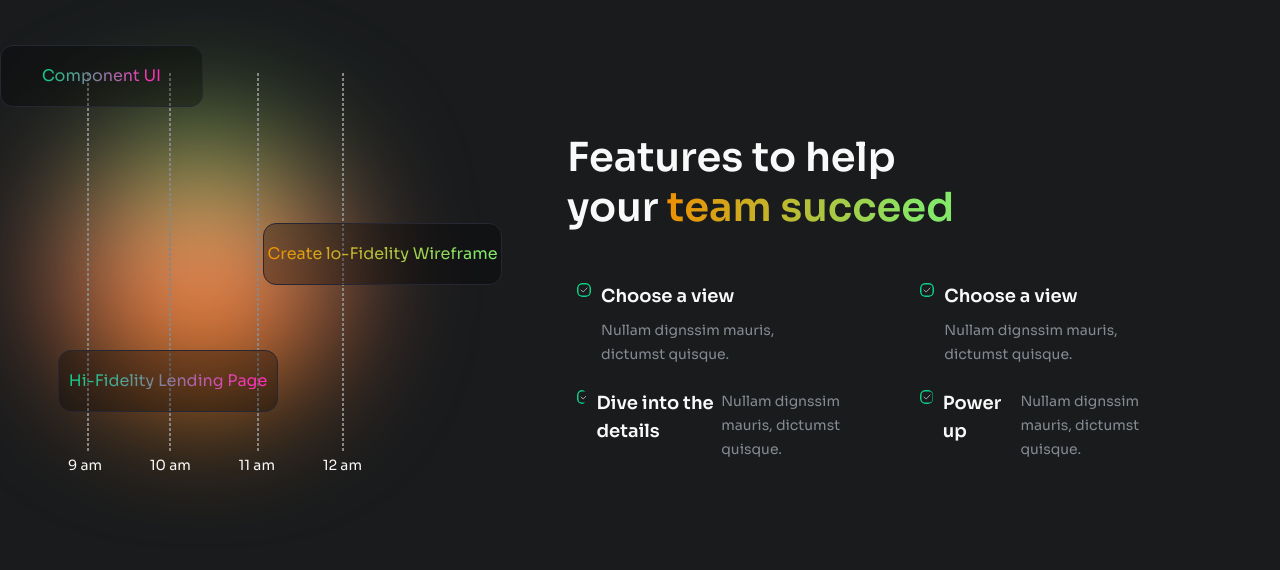
Repository: anhthiethumg/Task_Managerment_Website
Page: index.html
These files come from the project's save history. The page is drawn as it stood at one moment and after a run of saves; the edit follows.
The browser window is 1280 px wide. The pictures show the part of the page from y = 2400 to 2982 px (the page is 2970 px tall before and 2982 px after).
A picture or video elsewhere on the page could not be fetched, so the positions and the page height are approximate.

Above is the page before, as saved 2023-07-31 09:16:36.

After the next 4 saves:
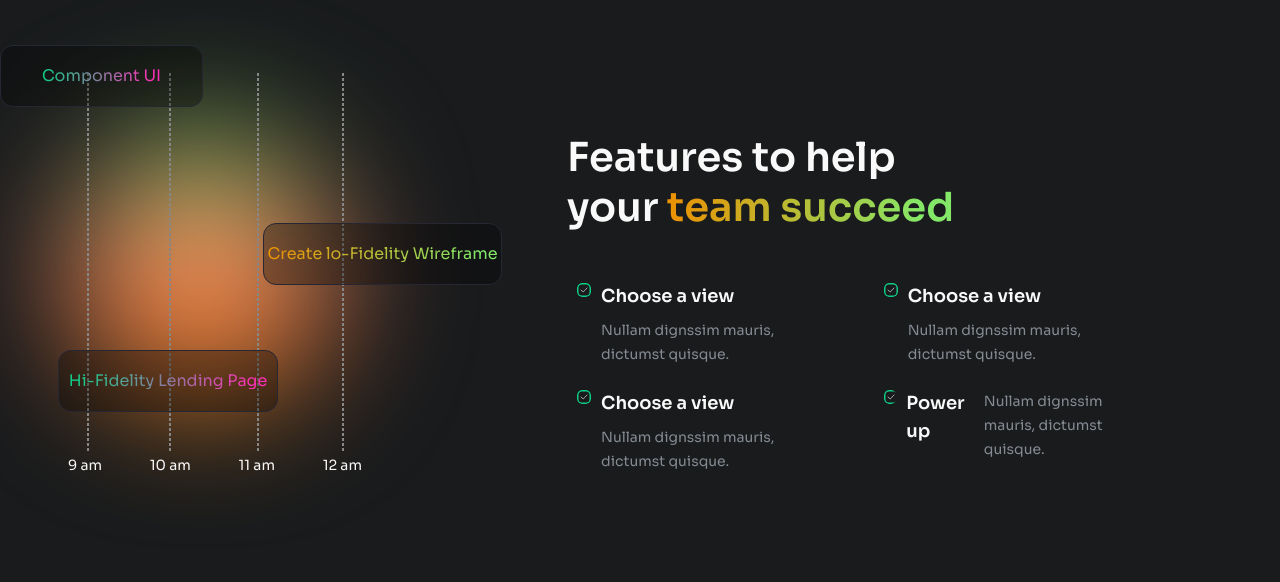
The 4 saves are shown as one change because they came seconds apart.
The last was saved 12 s later.
--- a/index.html
+++ b/index.html
@@ -339,10 +339,12 @@
                 </div>
               </div>
               <div class="feature__item">
-                <h3 class="feature--item__title">Dive into the details</h3>
+                <div class="feature--item__content">
+                  <h3 class="feature--item__title">Choose a view</h3>
                 <p class="feature__desc">
                   Nullam dignssim mauris, dictumst quisque.
                 </p>
+                </div>
               </div>
               <div class="feature__item">
                 <h3 class="feature--item__title">Power up</h3>
